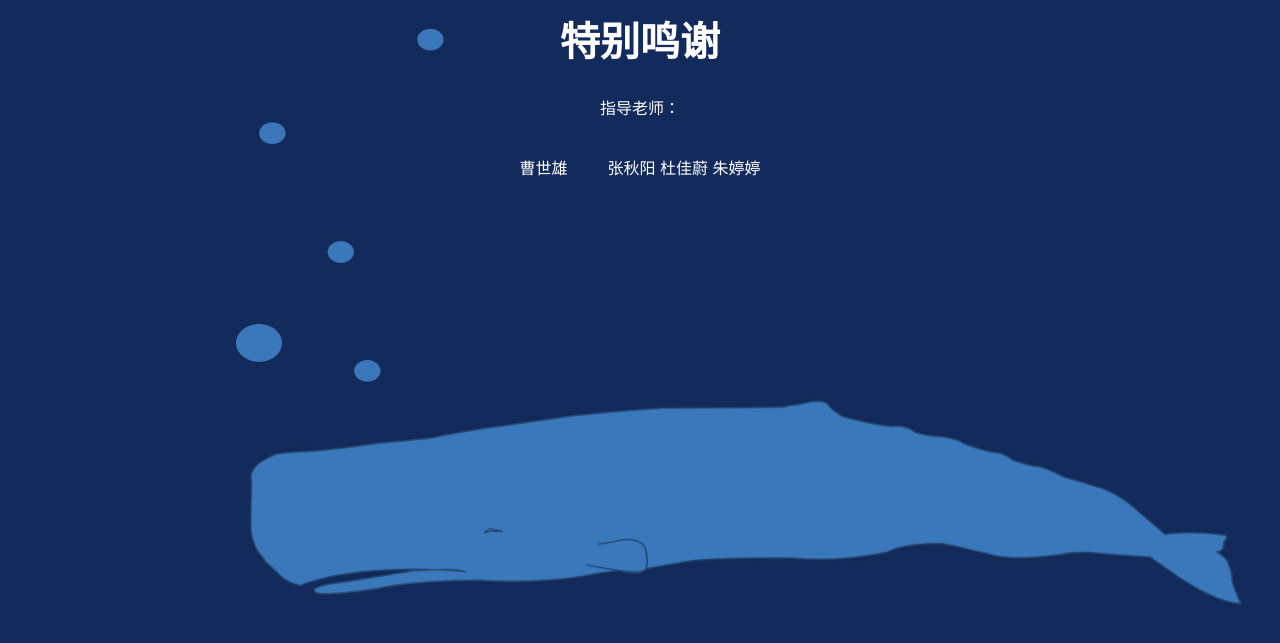
Repository: Akron-xz/helloVue
Page: /#/thanks (app in vue-library/)
These files come from the project's save history. The page is drawn as it stood at one moment and after the next save; the edit follows.
The browser window is 1280 px wide. The pictures show the whole page.
The project was rebuilt for these pictures with package versions that can differ from the ones it lists, and the page was loaded fresh each time. Also part of the build but not shown: vue-library/src/components/homeNav.vue, vue-library/src/views/Home.vue.

Above is the page before, as saved 2020-11-26 17:04:38.

After the next save:
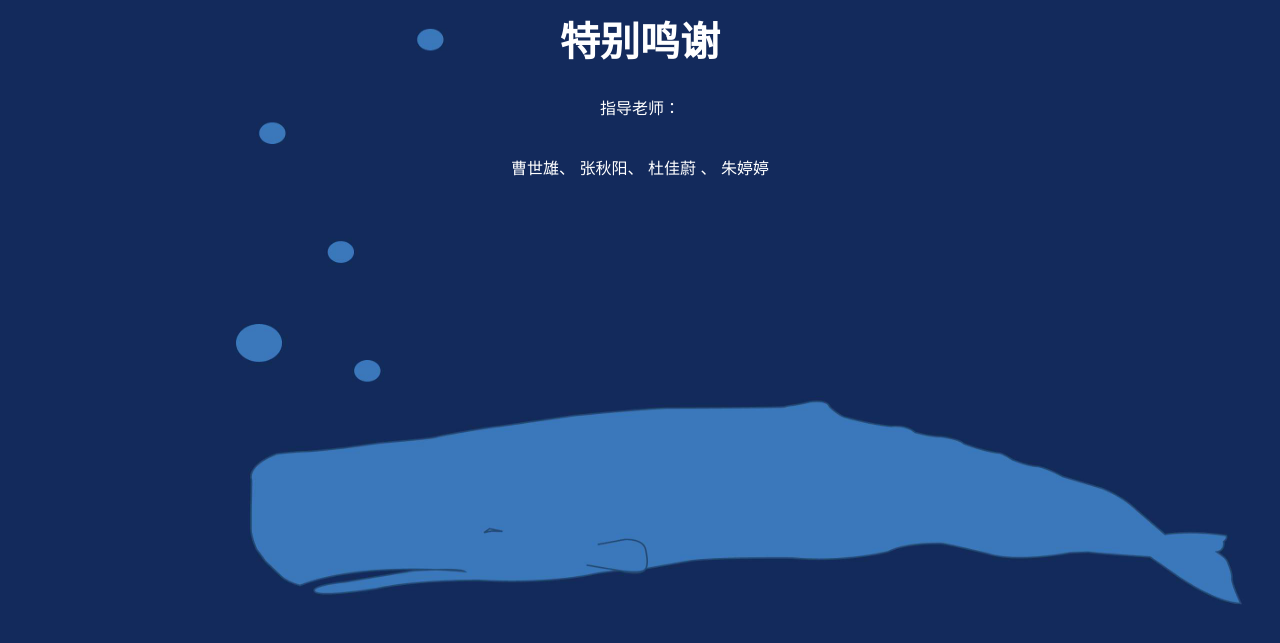
Saved 30 s later.
--- a/vue-library/src/views/Thanks.vue
+++ b/vue-library/src/views/Thanks.vue
@@ -5,7 +5,7 @@
         指导老师：<br>
         <br>
         <br>
-        曹世雄 &nbsp;&nbsp;&nbsp;&nbsp;&nbsp;&nbsp;&nbsp; 张秋阳  杜佳蔚  朱婷婷
+        曹世雄、 张秋阳、 杜佳蔚 、 朱婷婷
 
 
 
